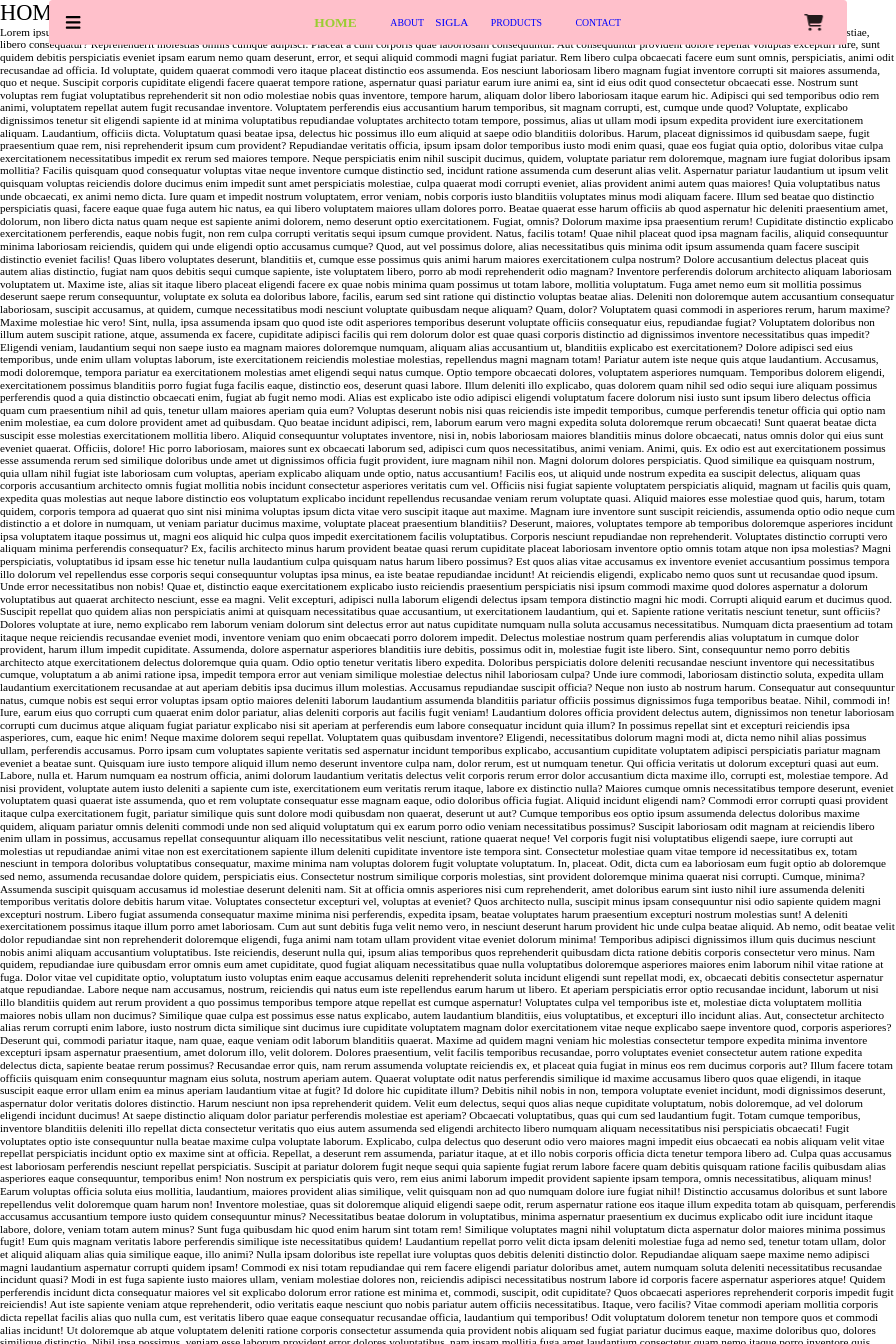
Repository: RalucaZota/cakeshop
Page: /
These files come from the project's save history. The page is drawn as it stood at one moment and after the next save; the edit follows.
The browser window is 1280 px wide. The pictures show the part of the page from y = 0 to 1920 px (the page is 7111 px tall), at 70% of full size.
The project was rebuilt for these pictures with package versions that can differ from the ones it lists, and the page was loaded fresh each time. Also part of the build but not shown: vite.config.js, src/views/Products.vue, src/views/About.vue, src/views/Contact.vue.

Above is the page before, as saved 2023-06-04 11:45:41.

### src/assets/main.css
@import './base.css';

#app {
  margin: 0 auto;

  font-weight: normal;
}

### src/App.vue
<script setup>
import Navbar from "./components/Navbar.vue"

</script>

<template>
<navbar/>
</template>

<style scoped>

</style>

### src/assets/base.css
/* color palette from <https://github.com/vuejs/theme> */
:root {
  --vt-c-white: #ffffff;
  --vt-c-white-soft: #f8f8f8;
  --vt-c-white-mute: #f2f2f2;

  --vt-c-black: #181818;
  --vt-c-black-soft: #222222;
  --vt-c-black-mute: #282828;

  --vt-c-indigo: #2c3e50;

  --vt-c-divider-light-1: rgba(60, 60, 60, 0.29);
  --vt-c-divider-light-2: rgba(60, 60, 60, 0.12);
  --vt-c-divider-dark-1: rgba(84, 84, 84, 0.65);
  --vt-c-divider-dark-2: rgba(84, 84, 84, 0.48);

  --vt-c-text-light-1: var(--vt-c-indigo);
  --vt-c-text-light-2: rgba(60, 60, 60, 0.66);
  --vt-c-text-dark-1: var(--vt-c-white);
  --vt-c-text-dark-2: rgba(235, 235, 235, 0.64);
}

/* semantic color variables for this project */
:root {
  --color-background: var(--vt-c-white);
  --color-background-soft: var(--vt-c-white-soft);
  --color-background-mute: var(--vt-c-white-mute);

  --color-border: var(--vt-c-divider-light-2);
  --color-border-hover: var(--vt-c-divider-light-1);

  --color-heading: var(--vt-c-text-light-1);
  --color-text: var(--vt-c-text-light-1);

  --section-gap: 160px;
}

@media (prefers-color-scheme: dark) {
  :root {
    --color-background: var(--vt-c-black);
    --color-background-soft: var(--vt-c-black-soft);
    --color-background-mute: var(--vt-c-black-mute);

    --color-border: var(--vt-c-divider-dark-2);
    --color-border-hover: var(--vt-c-divider-dark-1);

    --color-heading: var(--vt-c-text-dark-1);
    --color-text: var(--vt-c-text-dark-2);
  }
}

*,
*::before,
*::after {
  box-sizing: border-box;
  margin: 0;
  font-weight: normal;
}

### src/components/Navbar.vue
<template>
  <header :class="{ 'scrolled-nav': scrolledNav }">
    <nav >
      <div class="cart">
          <font-awesome-icon icon="fa-solid fa-cart-shopping" fade size="xl" />
        </div>
      <ul class="navigation" v-show="!mobile">
        <li>
          <RouterLink active-class="active" :to="{ name: 'home' }" class=" link"
            >Home</RouterLink
          >
        </li>
        <li>
          <RouterLink active-class="active" :to="{ name: 'about' }" class=" link"
            >About</RouterLink
          >
        </li>
        <div class="branding">SIGLA</div>
        <li>
          <RouterLink active-class="active" :to="{ name: 'products' }" class=" link"
            >Products</RouterLink
          >
        </li>
        <li>
          <RouterLink active-class="active" :to="{ name: 'contact' }" class=" link"
            >Contact</RouterLink
          >
        </li>
      </ul>
        <div class="icon">
          <font-awesome-icon icon="fa-solid fa-bars" size="lg" @click="openMobileNav" v-show="showIcon"  class="burger" :class="{'icon-active': mobileNav}"/>
          <font-awesome-icon  v-show="!showIcon" icon="fa-solid fa-xmark"  @click="closeMobileNav" size="xl" />
        </div>

      <transition name="mobile-nav">

        <ul v-show="mobileNav" class="dropdown-nav">
          <li>
            <RouterLink active-class="active" :to="{ name: 'home' }" class="link"
              >Home</RouterLink
            >
          </li>
          <li>
            <RouterLink active-class="active" :to="{ name: 'about' }" class=" link"
              >About</RouterLink
            >
          </li>
          <li>
            <RouterLink active-class="active" :to="{ name: 'products' }" class=" link"
              >Products</RouterLink
            >
          </li>
          <li>
            <RouterLink active-class="active" :to="{ name: 'contact' }" class=" link"
              >Contact</RouterLink
            >
          </li>
        </ul>
      </transition>
    </nav>
  </header>

  <RouterView />
</template>
<script>
import { RouterLink, RouterView } from 'vue-router'
import Home from '../views/Home.vue'
import Products from '../views/Products.vue'
import About from '../views/About.vue'
import Contact from '../views/Contact.vue'
export default {
  name: 'navbar',
  components: {
    Home,
    Products,
    About,
    Contact
  },
  data(){
    return {
      scrolledNav: null,
      mobile: null,
      mobileNav: null,
      windowWidth: null,
      showIcon: true
    }
  },
  created(){
    window.addEventListener('resize', this.checkScreen);
    this.checkScreen()
  },
  mounted(){
    window.addEventListener('scroll', this.updateScroll)
  },
  methods:{
    openMobileNav(){
      this.mobileNav = true
      this.showIcon = false
    },
    closeMobileNav(){
      this.mobileNav = false
      this.showIcon = true
    },

    updateScroll(){
      const scrollPosition =  window.scrollY;
      if (scrollPosition > 50){
        this.scrolledNav = true;
        return;
      }
      this.scrolledNav = false
    },
    checkScreen(){
      this.windowWidth = window.innerWidth;
      if( this.windowWidth <= 750){
        this.mobile = true;
        return;
      }
      this.mobile = false;
      this.mobileNav = false;
    }
  }
}
</script>
<style lang="scss">
@import '../styles/Navbar.scss';
</style>

### src/styles/Navbar.scss
header{
    width: 100%;
    position: fixed;
    transition: 0.5s ease all;
    background-color: transparent;
    z-index: 99;
    color: transparent;
    nav{
        display: flex;
        align-items: center;
        justify-content: space-evenly;
        flex-direction: row;
        background-color: pink;
        transition: 0.5s ease all;
        padding: 5px 0;
        border-radius: 5px;
        width: 90%;
        margin: 0 auto;
        text-decoration: none;
        position: relative;


        @media (min-width: 1140px) {
            max-width: 1140px;
        }
        @media (max-width: 749px) {
            width: 100%;
            padding: 20px;
        }
        ul,
        .link {
            font-weight: 500;
            color: blue;
            list-style: none;
            text-decoration: none;
        }
        li {
            text-transform: uppercase;
            padding: 16px;
            margin-left: 16px;
        }

        .link {
            font-size: 14px;
            transition: 0.5s ease all;
            padding-bottom: 4px;
            border-bottom:  1px solid transparent;
            &:hover {
                color: aquamarine;
                border-color: purple;
            }
        }
        .branding {
            display: flex;
            align-items: center;

            // img {
            //     width: 50px;
            //     transition: .5s ease all;
            // }
        }

        .active{
        font-weight: bold;
        color: yellowgreen;
        font-weight: 600;
        text-decoration: none;
        font-size: larger;
        }
        .cart{
        position: absolute;
        right: 3%;
        color: black;
        font-weight: 700;
    }
        .navigation {
            display: flex;
            align-items: center;
            flex: 1;
            justify-content: center;
    }
        .icon{
            display: flex;
            align-items: center;
            position: absolute;
            top: 0;
            left: 24px;
            height: 100%;
            color: black;
            .burger{
            cursor: pointer;
            font-size: 24px;
            transition: .8s ease all;
        }
    }
        .icon-active{
            transform: rotate(180deg);
            color: aquamarine;
    }
        .dropdown-nav{
            display: flex;
            flex-direction: column;
            align-items: center;
            position: fixed;
            width: 100%;
            max-width: 215px;
            height: 100%;
            background-color: plum;
            top: 6.5%;
            left: 0;
            padding-left: 0px;

            li{
                margin-left: 0;
                .link{
                    color: black;
            }
        }

    }
        .mobile-nav-enter-active, .mobile-nav-leave-active {
            transition:  1s ease all;
        }
        .mobile-nav-enter-from, .mobile-nav-leave-to {
            transform: translateX((-250px));
        }
        .mobile-nav-enter-to {
            transform: translateX((0));
        }

}
}
.scrolled-nav{
    // box-shadow: 0 4px 6px -1px rgba(0, 0, 0, 0.1), 0 2px 4px -1px rgba(0, 0, 0, 0.06);
        nav{
            padding: 8px 0;
            .branding{
            // img{
            //     width: 40px;
            //     box-shadow: 0 4px 6px -1px rgba(0, 0, 0, 0.1), 0 2px 4px -1px rgba(0, 0, 0, 0.06);

            // }
        }
    }
}

Loaded but not shown: index.html (common file); src/router/index.js (20 lines, source omitted); src/main.js (28 lines, source omitted); src/views/Home.vue (13 lines, source omitted)

After the next save:
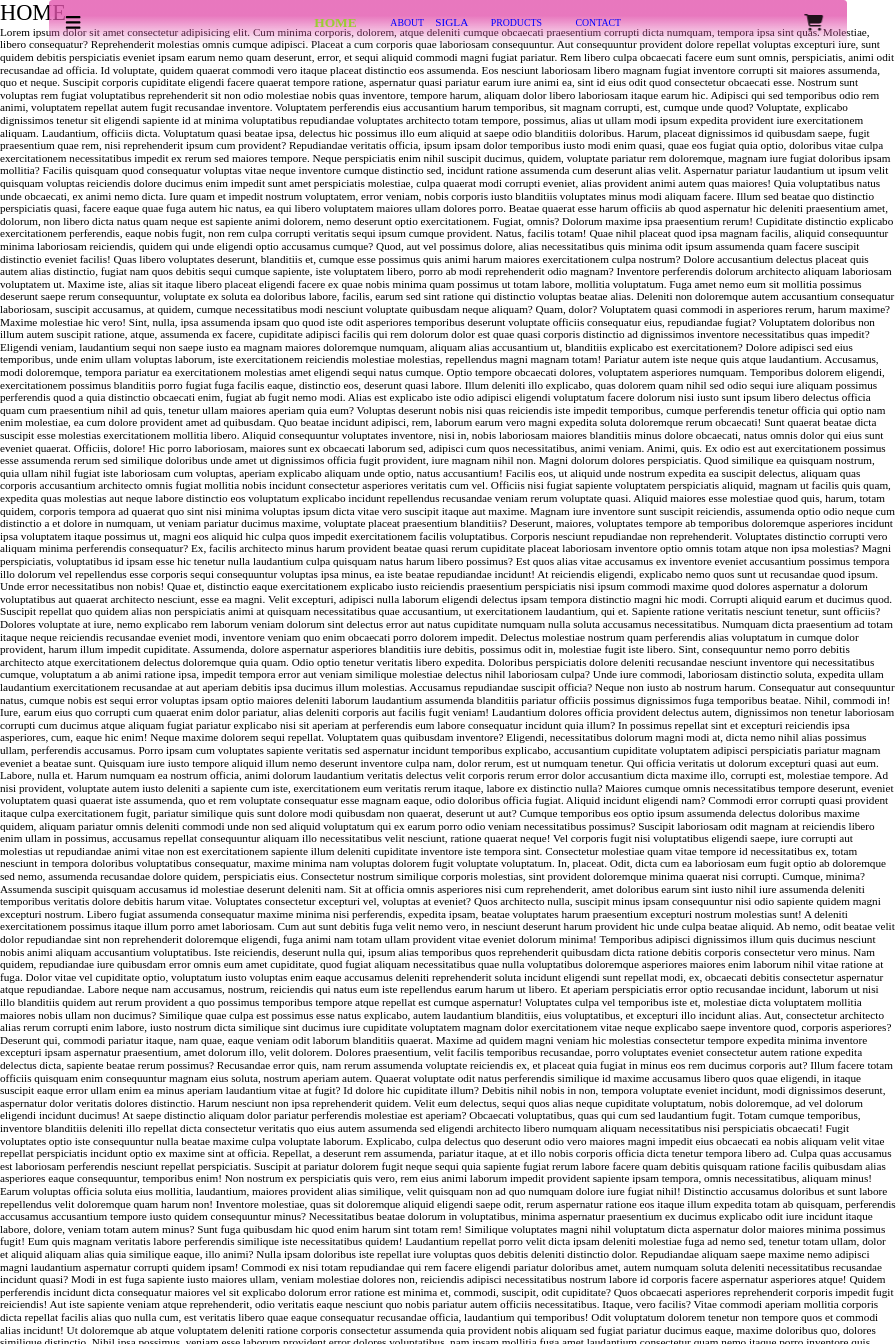
Saved 21 min 26 s later.
--- a/src/styles/Navbar.scss
+++ b/src/styles/Navbar.scss
@@ -10,7 +10,7 @@ header{
         align-items: center;
         justify-content: space-evenly;
         flex-direction: row;
-        background-color: pink;
+        background: linear-gradient(180deg, rgba(226,84,173,0.7931547619047619) 35%, rgba(226,197,215,0.04805672268907568) 100%);
         transition: 0.5s ease all;
         padding: 5px 0;
         border-radius: 5px;
@@ -91,6 +91,10 @@ header{
             cursor: pointer;
             font-size: 24px;
             transition: .8s ease all;
+            &:hover{
+                transform: rotate(180deg);
+                color: aquamarine;
+            }
         }
     }
         .icon-active{
